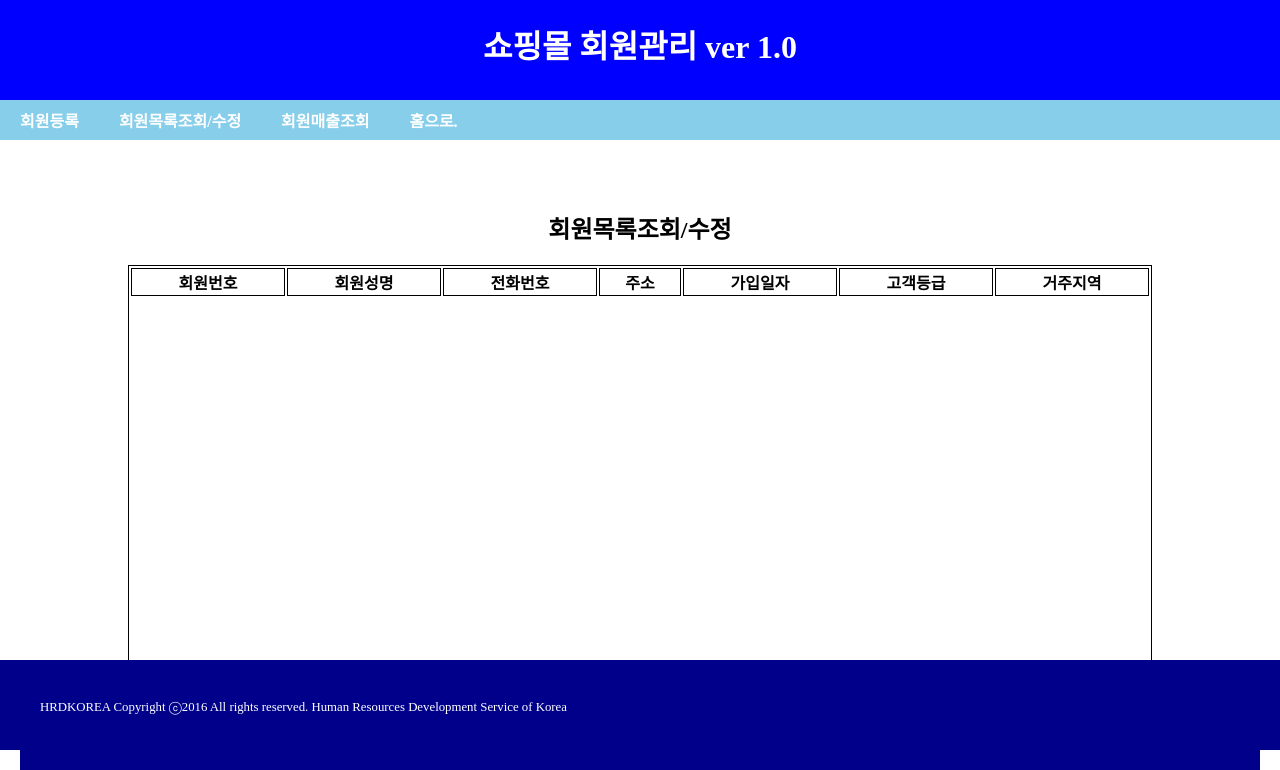
Repository: GotChun/DH_JSP
Page: http://localhost/HRD_1234/memberInfo.jsp
The author's editor kept a copy of each file at every save. The page is drawn from the files as they stood at one save, then again after the next save.
The browser window is 1280 px wide. The pictures show the whole page.
The page is served by Tomcat 9. Other server files are loaded and not shown.

Above is the page before, as saved 2024-10-25 02:16:12.

### hrdkorea/HRD_1234/src/main/webapp/memberInfo.jsp
<%@ page language="java" contentType="text/html; charset=UTF-8"
    pageEncoding="UTF-8"%>
<!DOCTYPE html>
<html>
<head>
<meta charset="UTF-8">
<title>Insert title here</title>
<style>
	body{margin:0;padding:0;}

	section{height:calc(100vh - 250px);}

	section td,
	section th{
		border : 1px solid;
	}
</style>
</head>

<body>

<div class="wrapper">
	<%@ include file="layout/header.jsp" %>
	<section>
		<table style="width:80vw;height:500px;margin:50px auto;border:1px solid;">
			<caption><h2>회원목록조회/수정</h2></caption>
				<thead>
				<tr>
					<th>회원번호</th>
					<th>회원성명</th>
					<th>전화번호</th>
					<th>주소</th>
					<th>가입일자</th>
					<th>고객등급</th>
					<th>거주지역</th>
				</tr>
				</thead>
				<tbody></tbody>

		</table>
	</section>

	<footer>
	<%@ include file="layout/footer.jsp" %>

	</footer>
</div>


</body>
</html>

### hrdkorea/HRD_1234/src/main/webapp/layout/header.jsp
<%@ page language="java" contentType="text/html; charset=UTF-8"
	pageEncoding="UTF-8"%>
<style>
header {
	height: 100px;
	background-color: blue;
	color: white;
	display:flex;
	justify-content:center;
	text-align:center;
}
nav{height:40px;
	background-color:skyblue;}
nav>ul{
height:100%;
	list-style:none;margin:0;padding:0;
	display:flex;
	justify-content:left;
	align-items:center;}
nav>ul>li{padding:0 20px;}
nav>ul>li>a{
	display:block;
	text-decoration:none;
	color:white;
	font-weight:600;}

</style>


<header>
	<h1>쇼핑몰 회원관리 ver 1.0</h1>
</header>
<nav>
	<ul>
		<li><a href="">회원등록</a></li>
		<li><a href="">회원목록조회/수정</a></li>
		<li><a href="">회원매출조회</a></li>
		<li><a href="">홈으로.</a></li>
	</ul>
</nav>

### hrdkorea/HRD_1234/src/main/webapp/layout/footer.jsp
<%@ page language="java" contentType="text/html; charset=UTF-8"
    pageEncoding="UTF-8"%>
<style>
	footer{
		height:50px;
		padding:20px;
		background-color:darkblue;
		color:white;
		font-size:.8rem;
		}
</style>

    <footer>
    	HRDKOREA Copyright ⓒ2016 All rights reserved. Human Resources Development Service of Korea
    </footer>

After the next save:
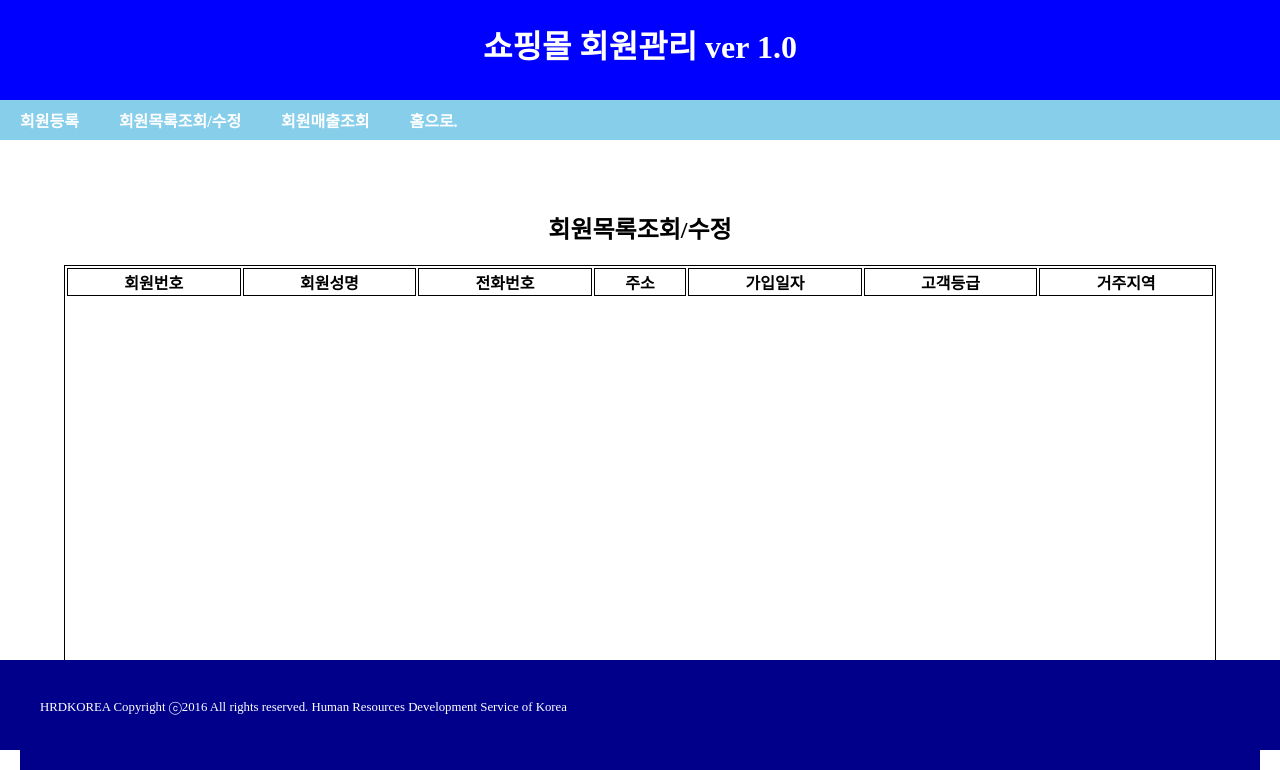
Saved 23 s later.
--- a/hrdkorea/HRD_1234/src/main/webapp/memberInfo.jsp
+++ b/hrdkorea/HRD_1234/src/main/webapp/memberInfo.jsp
@@ -22,7 +22,7 @@
 <div class="wrapper">
 	<%@ include file="layout/header.jsp" %>
 	<section>
-		<table style="width:80vw;height:500px;margin:50px auto;border:1px solid;">
+		<table style="width:90vw;height:500px;margin:50px auto;border:1px solid;">
 			<caption><h2>회원목록조회/수정</h2></caption>
 				<thead>
 				<tr>
